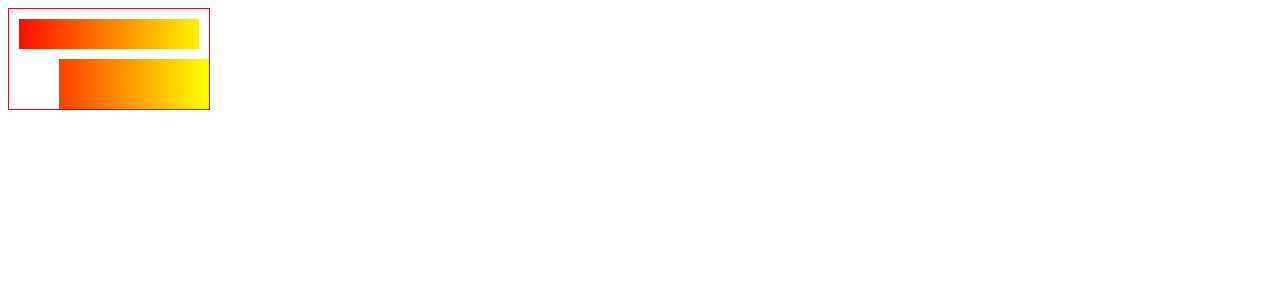
Repository: Tan-Khang21/TH_TKW--Buoi_05
Page: Bai_Tap_Mau/Bai_07/Canvas7.html
These files come from the project's save history. The page is drawn as it stood at one moment and after the next save; the edit follows.
The browser window is 1280 px wide. The pictures show the whole page.

Above is the page before, as saved 2024-03-10 20:27:50.

### Bai_Tap_Mau/Bai_07/Canvas7.html
<!DOCTYPE html>
<html lang="en">
  <head>
    <meta charset="UTF-8" />
    <meta name="viewport" content="width=device-width, initial-scale=1.0" />
    <title>Document</title>
  </head>
  <body>
    <canvas
      id="mycanvas"
      width="200px"
      height="100px"
      style="border: 1px solid #f00"
    ></canvas>
    <script>
      var c = document.getElementById("mycanvas");
      var ctx = c.getContext("2d");
      var grd = ctx.createLinearGradient(0, 0, 200, 0);
      grd.addColorStop(0, "red");
      grd.addColorStop(1, "yellow");
      ctx.fillStyle = grd;
      ctx.fillRect(10, 10, 180, 30);
      ctx.fillRect(50, 50, 180, 50);
    </script>
  </body>
</html>

After the next save:
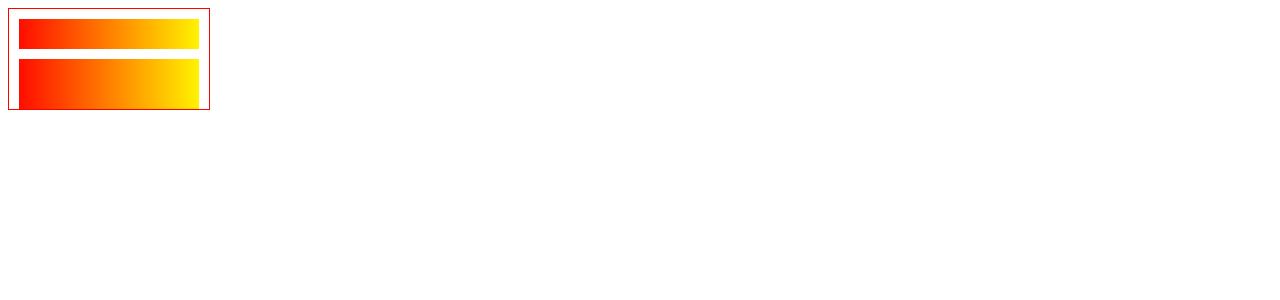
Saved 111 s later.
--- a/Bai_Tap_Mau/Bai_07/Canvas7.html
+++ b/Bai_Tap_Mau/Bai_07/Canvas7.html
@@ -20,7 +20,7 @@
       grd.addColorStop(1, "yellow");
       ctx.fillStyle = grd;
       ctx.fillRect(10, 10, 180, 30);
-      ctx.fillRect(50, 50, 180, 50);
+      ctx.fillRect(10, 50, 180, 50);
     </script>
   </body>
 </html>
